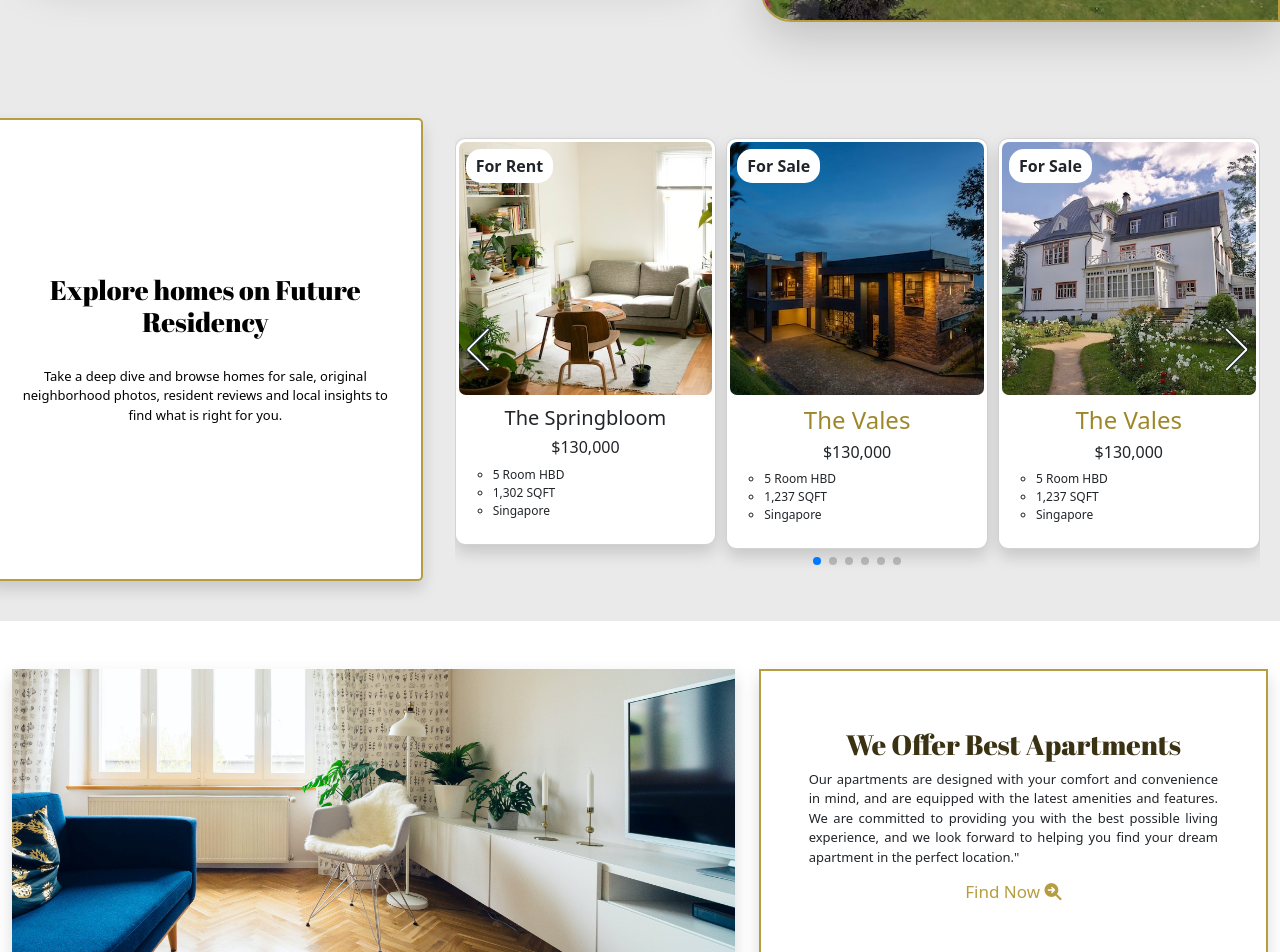
Repository: pyaestk/Future-residency
Page: index.html
The author's editor kept a copy of each file at every save. The page is drawn from the files as they stood at one save, then again after the next save.
The browser window is 1280 px wide. The pictures show the part of the page from y = 640 to 1592 px (the page is 2753 px tall).
Pictures or frames that could not be fetched are drawn as grey boxes.

Above is the page before, as saved 2022-12-15 17:51:10.

After the next save:
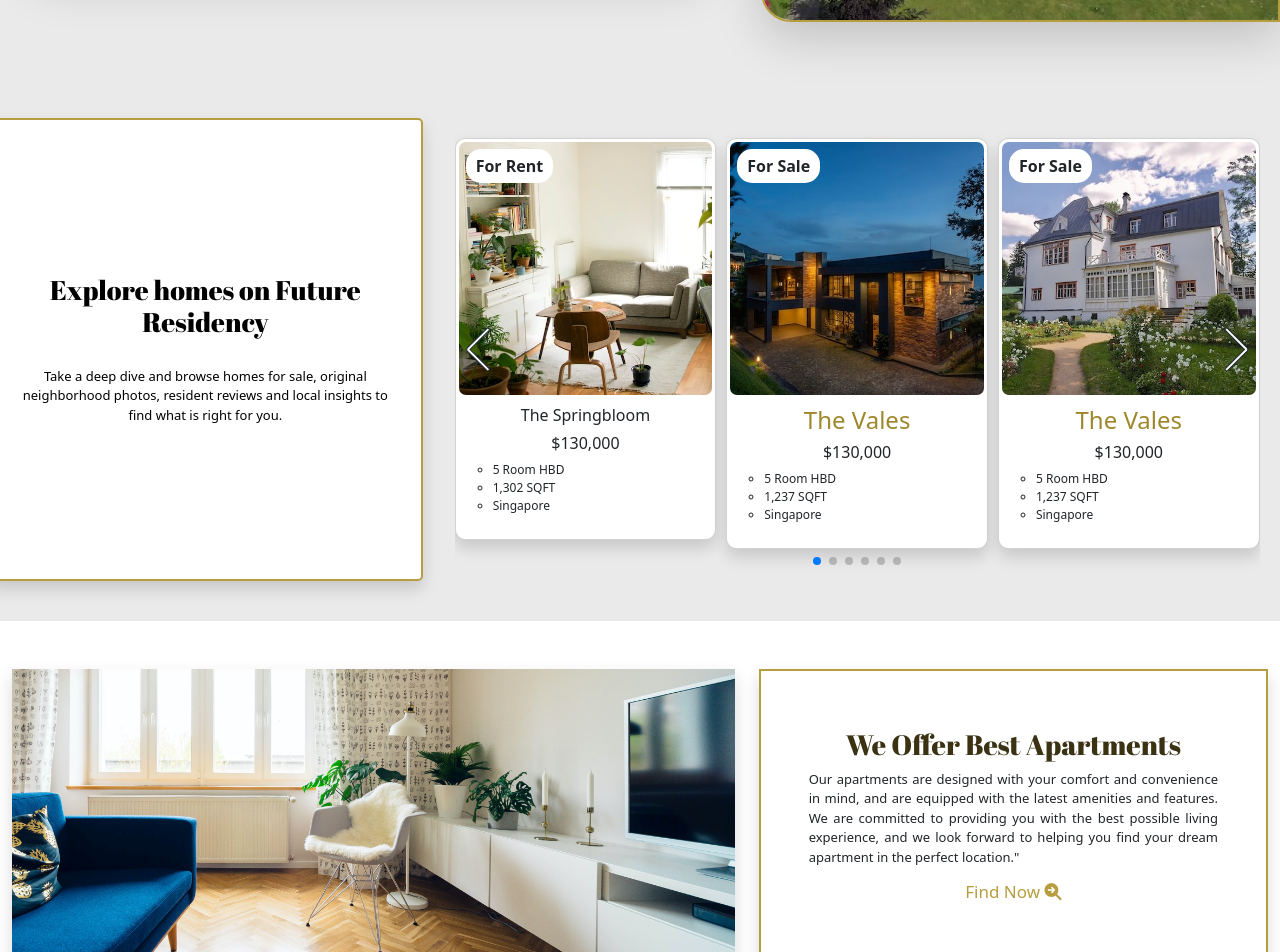
Saved 14 s later.
--- a/index.html
+++ b/index.html
@@ -199,7 +199,7 @@
                     <div class="salecard-body">
                       <div class="row">
                         <div class="col-md-12 text-center">
-                          <h5>The Springbloom</h5>
+                          <h6>The Springbloom</h6>
                           <h6>$130,000</h6>
                         </div>
                         <div class="col-md-12">

After the save that followed:
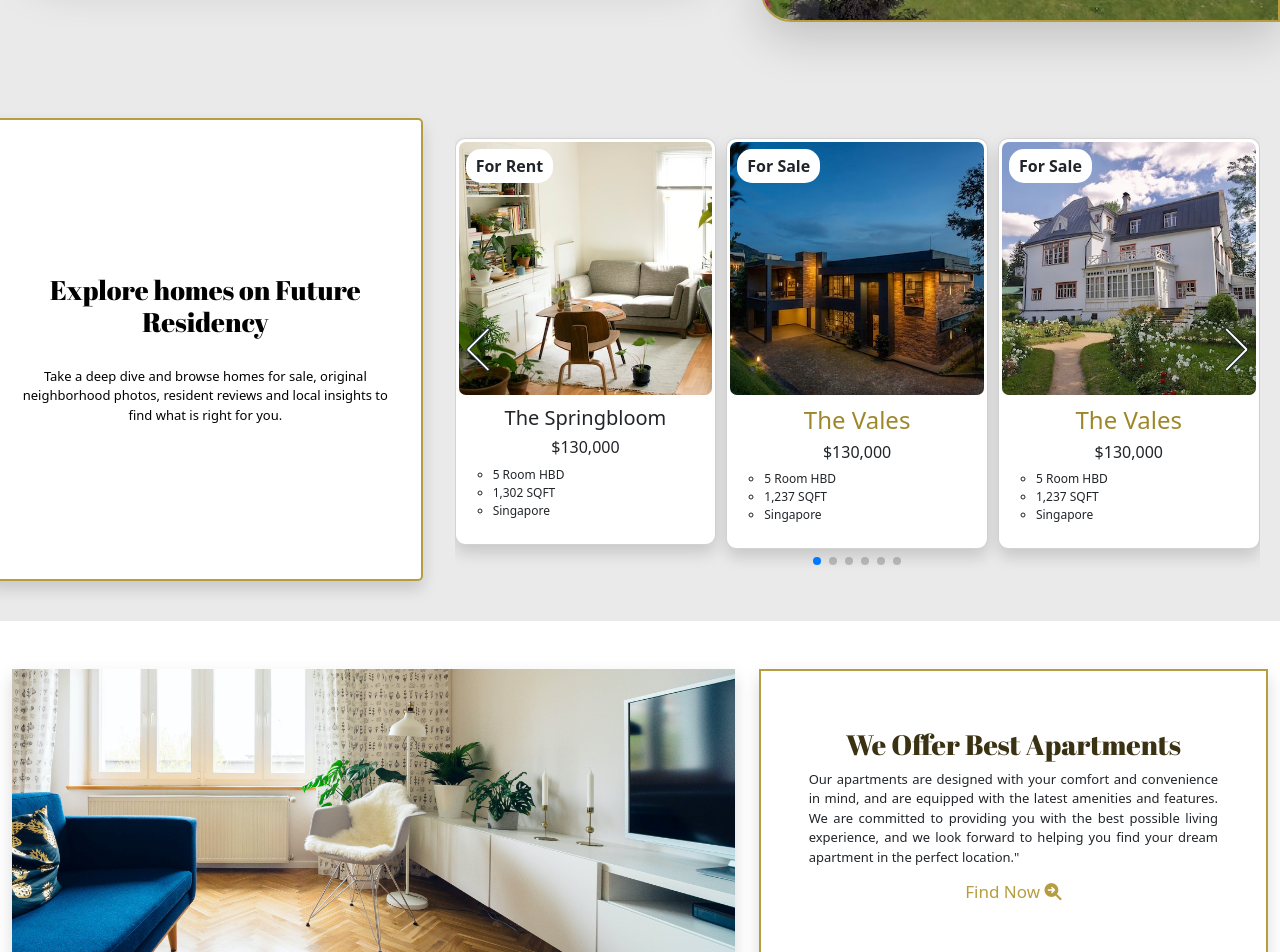
Saved 10 s later.
--- a/index.html
+++ b/index.html
@@ -199,7 +199,7 @@
                     <div class="salecard-body">
                       <div class="row">
                         <div class="col-md-12 text-center">
-                          <h6>The Springbloom</h6>
+                          <h5>The Springbloom</h5>
                           <h6>$130,000</h6>
                         </div>
                         <div class="col-md-12">
